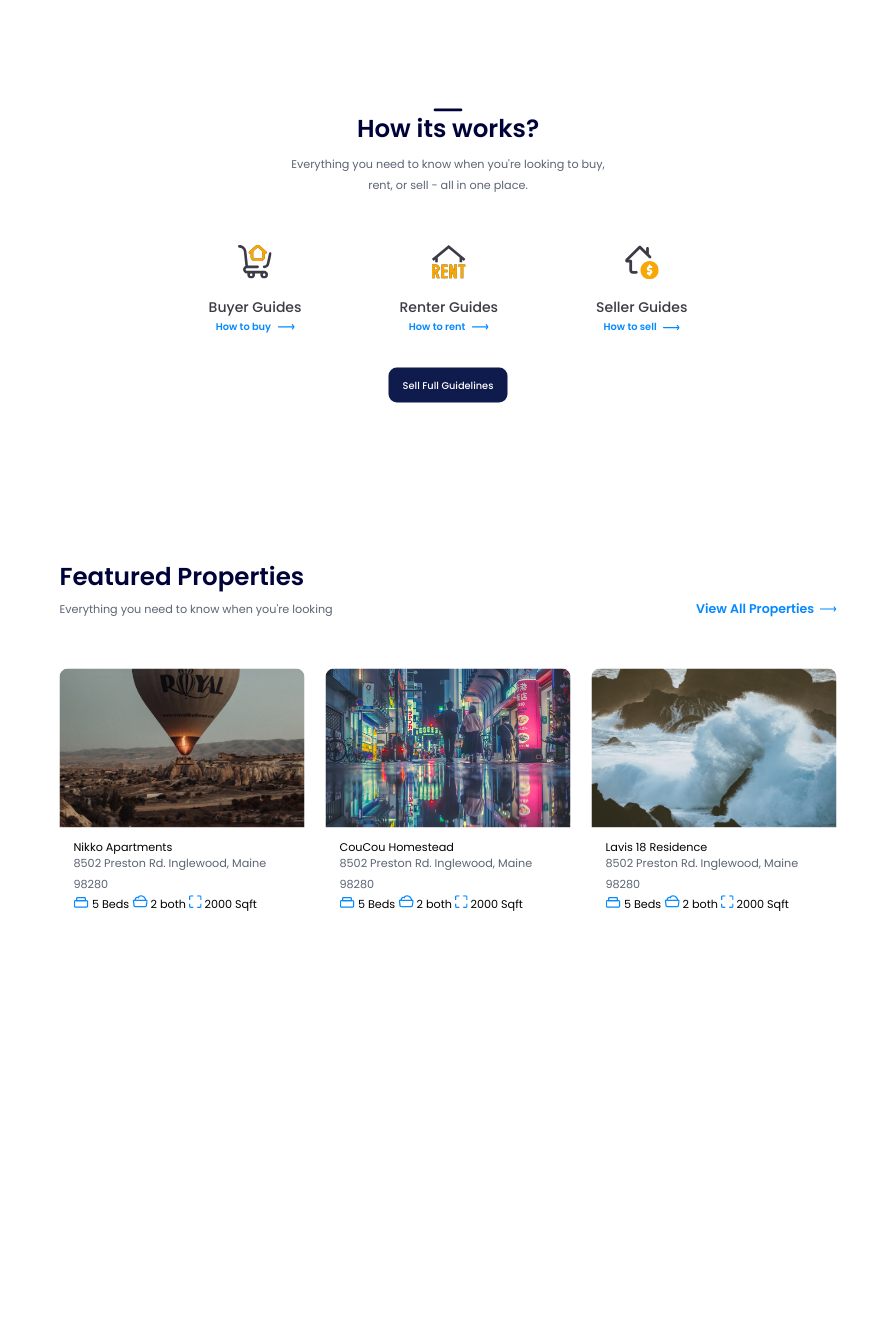
Repository: Tctiensk/f8-htmlcss-01
Page: index.html
An editor plug-in stored every save of this project. The page is shown before and after the next save, followed by the edit.
The browser window is 1280 px wide. The pictures show the part of the page from y = 1080 to 3000 px (the page is 3000 px tall), at 70% of full size.

Above is the page before, as saved 2022-12-04 11:32:35.

### index.html
<!DOCTYPE html>
<html lang="en">
    <head>
        <meta charset="UTF-8" />
        <meta http-equiv="X-UA-Compatible" content="IE=edge" />
        <meta name="viewport" content="width=device-width, initial-scale=1.0" />
        <title>F8 PROJECT 01</title>
        <link rel="stylesheet" href="./assets/css/reset.css" />
        <link rel="stylesheet" href="./assets/fonts/stylesheet.css" />
        <link rel="stylesheet" href="./assets/css/style.css" />
    </head>

    <body>
        <main style="height: 3000px">
            <!-- header -->
            <header class="header">
                <div class="content">
                    <nav class="navbar">
                        <!-- logo -->
                        <img src="./assets/img/Logo.svg" alt="Besnik." />
                        <!-- navigation -->
                        <ul>
                            <li><a href="#!">Home</a></li>
                            <li><a href="#!">Features</a></li>
                            <li><a href="#!">Services</a></li>
                            <li><a href="#!">Resources</a></li>
                            <li><a href="#!">Contact</a></li>
                        </ul>

                        <!-- action -->
                        <div class="action">
                            <a href="" class="action-link">Sign in </a>
                            <a href="" class="btn action-btn">Sign up </a>
                        </div>
                    </nav>

                    <div class="hero">
                        <div class="info">
                            <p class="sub-title">Welcome to Besnik Agency</p>
                            <h1 class="title">
                                Discover a place you'll love to live.
                            </h1>
                            <p class="desc">
                                Get the best real estate deals first, before
                                they hit the mass market! HOT FORECLOSURE DEALS
                                with one simple search.
                            </p>
                            <a href="#!" class="btn hero-cta">More About Us</a>
                        </div>
                        <img
                            src="./assets/img/house illustration.svg"
                            alt="Discover a place you'll love to live."
                            class="hero-img"
                        />
                    </div>
                </div>
            </header>
            <div class="clients">
                <div class="content">
                    <div class="row">
                        <!-- logo -->
                        <img src="./assets/img/Logo.svg" alt="Besnik." />

                        <!-- Stars -->
                        <div class="stars">
                            <img src="./assets/img/Vector.svg" alt="Star" />
                            <img src="./assets/img/Vector.svg" alt="Star" />
                            <img src="./assets/img/Vector.svg" alt="Star" />
                            <img src="./assets/img/Vector.svg" alt="Star" />
                            <img src="./assets/img/Vector.svg" alt="Star" />
                        </div>
                    </div>
                    <div class="row row-desc">
                        <p class="desc">
                            More than 45,000+ companies trust besnik
                        </p>
                        <p class="desc">5 Star Ratings (2k+ Review)</p>
                    </div>
                    <div class="images">
                        <img src="./assets/img/logo2.svg" alt="MeUndies" />
                        <img src="./assets/img/slack.svg" alt="slack" />
                        <img src="./assets/img/Union.svg" alt="amazon" />
                        <img src="./assets/img/commerce.svg" alt="commerce" />
                        <img src="./assets/img/sitepoint.svg" alt="sitepoint" />
                    </div>
                </div>
            </div>
            <!-- Guides -->
            <div class="guides">
                <div class="content">
                    <h2 class="sub-title">How its works?</h2>
                    <p class="desc">
                        Everything you need to know when you're looking to buy,
                        rent, or sell - all in one place.
                    </p>

                    <!-- === list guides ===== -->
                    <ul class="list-guides">
                        <li class="guide-item">
                            <img
                                src="./assets/img/bier.svg"
                                alt="buyer"
                                class="icon"
                            />
                            <h3 class="title">Buyer Guides</h3>
                            <a href="#!" class="link">
                                <span>How to buy</span>
                                <img
                                    src="./assets/img/arow.svg"
                                    alt="arrow right"
                                    class="arrow"
                                />
                            </a>
                        </li>
                        <li class="guide-item">
                            <img
                                src="./assets/img/render.svg"
                                alt="Renter Guides"
                                class="icon"
                            />
                            <h3 class="title">Renter Guides</h3>
                            <a href="#!" class="link">
                                <span>How to rent</span>
                                <img
                                    src="./assets/img/arow.svg"
                                    alt="arrow right"
                                    class="arrow"
                                />
                            </a>
                        </li>
                        <li class="guide-item">
                            <img
                                src="./assets/img/home.svg"
                                alt="Seller Guides"
                                class="icon"
                            />
                            <h3 class="title">Seller Guides</h3>
                            <a href="#!" class="link">
                                <span>How to sell</span>
                                <img
                                    src="./assets/img/arow.svg"
                                    alt="arrow right"
                                    class="arrow"
                                />
                            </a>
                        </li>
                    </ul>

                    <div class="guides-cta">
                        <a href="#!" class="btn">Sell Full Guidelines</a>
                    </div>
                </div>
            </div>

            <!-- ==== featured ===== -->
            <div class="featured">
                <div class="content">
                    <header>
                        <h2 class="sub-title">Featured Properties</h2>
                        <div class="row">
                            <p class="desc">
                                Everything you need to know when you're looking
                            </p>
                            <a href="#!" class="link">
                                <span>View All Properties</span>
                                <img
                                    src="./assets/img/arow.svg"
                                    alt="arrow right"
                                    class="arrow"
                                />
                            </a>
                        </div>
                    </header>

                    <div class="list">
                        <!-- ==== featured-1 ===== -->
                        <div class="item">
                            <img
                                src="./assets/img/mesut-cicen-fzzh7qhUOMI-unsplash.jpg"
                                alt="Nikko Apartments"
                                class="thumb"
                            />
                            <div class="body">
                                <h3 class="title">Nikko Apartments</h3>
                                <p class="desc">
                                    8502 Preston Rd. Inglewood, Maine 98280
                                </p>
                                <div class="info">
                                    <img
                                        src="./assets/img/icon-1.svg"
                                        alt=""
                                        class="icon"
                                    />
                                    <span class="lable">5 Beds</span>
                                    <img
                                        src="./assets/img/icon-2.svg"
                                        alt=""
                                        class="icon"
                                    />
                                    <span class="lable">2 both</span>
                                    <img
                                        src="./assets/img/icon-3.svg"
                                        alt=""
                                        class="icon"
                                    />
                                    <span class="lable">2000 Sqft</span>
                                </div>
                            </div>
                        </div>
                        <!-- ==== featured-2 ===== -->
                        <div class="item">
                            <img
                                src="./assets/img/size-2.jpg"
                                alt="CouCou Homestead"
                                class="thumb"
                            />
                            <div class="body">
                                <h3 class="title">CouCou Homestead</h3>
                                <p class="desc">
                                    8502 Preston Rd. Inglewood, Maine 98280
                                </p>
                                <div class="info">
                                    <img
                                        src="./assets/img/icon-1.svg"
                                        alt=""
                                        class="icon"
                                    />
                                    <span class="lable">5 Beds</span>
                                    <img
                                        src="./assets/img/icon-2.svg"
                                        alt=""
                                        class="icon"
                                    />
                                    <span class="lable">2 both</span>
                                    <img
                                        src="./assets/img/icon-3.svg"
                                        alt=""
                                        class="icon"
                                    />
                                    <span class="lable">2000 Sqft</span>
                                </div>
                            </div>
                        </div>
                        <!-- ==== featured-3 ===== -->
                        <div class="item">
                            <img
                                src="./assets/img/size-3.jpg"
                                alt="Lavis 18 Residence"
                                class="thumb"
                            />
                            <div class="body">
                                <h3 class="title">Lavis 18 Residence</h3>
                                <p class="desc">
                                    8502 Preston Rd. Inglewood, Maine 98280
                                </p>
                                <div class="info">
                                    <img
                                        src="./assets/img/icon-1.svg"
                                        alt=""
                                        class="icon"
                                    />
                                    <span class="lable">5 Beds</span>
                                    <img
                                        src="./assets/img/icon-2.svg"
                                        alt=""
                                        class="icon"
                                    />
                                    <span class="lable">2 both</span>
                                    <img
                                        src="./assets/img/icon-3.svg"
                                        alt=""
                                        class="icon"
                                    />
                                    <span class="lable">2000 Sqft</span>
                                </div>
                            </div>
                        </div>
                    </div>
                </div>
            </div>
        </main>
    </body>
</html>

### assets/fonts/stylesheet.css
@font-face {
    font-family: "Poppins";
    src: url("Poppins/Poppins-BoldItalic.woff2") format("woff2"),
        url("Poppins/Poppins-BoldItalic.woff") format("woff");
    font-weight: bold;
    font-style: italic;
    font-display: swap;
}

@font-face {
    font-family: "Poppins";
    src: url("Poppins/Poppins-ExtraBold.woff2") format("woff2"),
        url("Poppins/Poppins-ExtraBold.woff") format("woff");
    font-weight: bold;
    font-style: normal;
    font-display: swap;
}

@font-face {
    font-family: "Poppins";
    src: url("Poppins/Poppins-BlackItalic.woff2") format("woff2"),
        url("Poppins/Poppins-BlackItalic.woff") format("woff");
    font-weight: 900;
    font-style: italic;
    font-display: swap;
}

@font-face {
    font-family: "Poppins";
    src: url("Poppins/Poppins-ExtraBoldItalic.woff2") format("woff2"),
        url("Poppins/Poppins-ExtraBoldItalic.woff") format("woff");
    font-weight: bold;
    font-style: italic;
    font-display: swap;
}

@font-face {
    font-family: "Poppins";
    src: url("Poppins/Poppins-Bold.woff2") format("woff2"),
        url("Poppins/Poppins-Bold.woff") format("woff");
    font-weight: bold;
    font-style: normal;
    font-display: swap;
}

@font-face {
    font-family: "Poppins";
    src: url("Poppins/Poppins-Black.woff2") format("woff2"),
        url("Poppins/Poppins-Black.woff") format("woff");
    font-weight: 900;
    font-style: normal;
    font-display: swap;
}

@font-face {
    font-family: "Poppins";
    src: url("Poppins/Poppins-LightItalic.woff2") format("woff2"),
        url("Poppins/Poppins-LightItalic.woff") format("woff");
    font-weight: 300;
    font-style: italic;
    font-display: swap;
}

@font-face {
    font-family: "Poppins";
    src: url("Poppins/Poppins-Medium.woff2") format("woff2"),
        url("Poppins/Poppins-Medium.woff") format("woff");
    font-weight: 500;
    font-style: normal;
    font-display: swap;
}

@font-face {
    font-family: "Poppins";
    src: url("Poppins/Poppins-ExtraLightItalic.woff2") format("woff2"),
        url("Poppins/Poppins-ExtraLightItalic.woff") format("woff");
    font-weight: 200;
    font-style: italic;
    font-display: swap;
}

@font-face {
    font-family: "Poppins";
    src: url("Poppins/Poppins-Italic.woff2") format("woff2"),
        url("Poppins/Poppins-Italic.woff") format("woff");
    font-weight: normal;
    font-style: italic;
    font-display: swap;
}

@font-face {
    font-family: "Poppins";
    src: url("Poppins/Poppins-Light.woff2") format("woff2"),
        url("Poppins/Poppins-Light.woff") format("woff");
    font-weight: 300;
    font-style: normal;
    font-display: swap;
}

@font-face {
    font-family: "Poppins";
    src: url("Poppins/Poppins-ExtraLight.woff2") format("woff2"),
        url("Poppins/Poppins-ExtraLight.woff") format("woff");
    font-weight: 200;
    font-style: normal;
    font-display: swap;
}

@font-face {
    font-family: "Poppins";
    src: url("Poppins/Poppins-SemiBoldItalic.woff2") format("woff2"),
        url("Poppins/Poppins-SemiBoldItalic.woff") format("woff");
    font-weight: 600;
    font-style: italic;
    font-display: swap;
}

@font-face {
    font-family: "Poppins";
    src: url("Poppins/Poppins-Regular.woff2") format("woff2"),
        url("Poppins/Poppins-Regular.woff") format("woff");
    font-weight: normal;
    font-style: normal;
    font-display: swap;
}

@font-face {
    font-family: "Poppins";
    src: url("Poppins/Poppins-ThinItalic.woff2") format("woff2"),
        url("Poppins/Poppins-ThinItalic.woff") format("woff");
    font-weight: 100;
    font-style: italic;
    font-display: swap;
}
@font-face {
    font-family: "Poppins";
    src: url("Poppins/Poppins-MediumItalic.woff2") format("woff2"),
        url("Poppins/Poppins-MediumItalic.woff") format("woff");
    font-weight: 500;
    font-style: italic;
    font-display: swap;
}

@font-face {
    font-family: "Poppins";
    src: url("Poppins/Poppins-SemiBold.woff2") format("woff2"),
        url("Poppins/Poppins-SemiBold.woff") format("woff");
    font-weight: 600;
    font-style: normal;
    font-display: swap;
}

@font-face {
    font-family: "Poppins";
    src: url("Poppins/Poppins-Thin.woff2") format("woff2"),
        url("Poppins/Poppins-Thin.woff") format("woff");
    font-weight: 100;
    font-style: normal;
    font-display: swap;
}

### assets/css/style.css
* {
    box-sizing: border-box;
}

:root {
    --primary-color: #0f1b4c;
}
html {
    font-size: 62.5%;
}
body {
    font-size: 1.6rem;
    font-family: "Poppins", sans-serif;
}
/* common */
a {
    text-decoration: none;
}
.content {
    width: 1110px;
    max-width: calc(100% -48px);
    margin-left: auto;
    margin-right: auto;
}
/* ================= header ====================*/
.header {
    height: 100vh;
    background: #e6f0ff;
    position: relative;
}
.navbar {
    display: flex;
    align-items: center;
    padding-top: 38px;
}
.navbar ul {
    display: flex;
    margin-left: 50px;
}
.navbar .action {
    margin-left: auto;
}
.navbar ul a {
    font-weight: 500;
    font-size: 1.4rem;
    color: #4f5361;
    padding: 8px 1.4rem;
}
.navbar ul a:hover {
    text-decoration: underline;
}
.navbar .action-link {
    font-weight: 500;
    font-size: 1.4rem;
    line-height: 21px;
    color: var(--primary-color);
}
.btn {
    display: inline-block;
    min-width: 98px;
    padding: 18px 16px;
    background: var(--primary-color);
    border-radius: 12px;
    font-weight: 500;
    font-size: 1.4rem;
    text-align: center;
    color: #ffffff;
}
.btn:hover {
    opacity: 0.9;
}
.btn.hero-cta {
    min-width: 170px;
    margin-top: 40px;
}
.navbar .action-btn {
    padding: 13px 16px;
    margin-left: 18px;
    border-radius: 8px;
}
.hero {
    margin-top: 130px;
}
.hero .sub-title {
    font-weight: 500;
    font-size: 1.8rem;
    line-height: 1.5;
    letter-spacing: 0.01em;
    color: #687691;
}
.hero .title {
    margin-top: 8px;
    font-weight: 700;
    font-size: 6.2rem;
    line-height: 1.19;
    color: #000336;
}
.hero .info {
    width: 51%;
}
.hero .desc {
    margin-top: 30px;
    font-weight: 400;
    font-size: 18px;
    line-height: 1.78;
    color: #5a6473;
}
.hero-img {
    position: absolute;
    bottom: 0;
    right: 65px;
}
/* clients  */
.clients {
    margin-top: 122px;
}
.clients .row {
    display: flex;
    justify-content: space-between;
}
.clients .desc {
    font-weight: 500;
    font-size: 16px;
    line-height: 1.25;
    color: #7d8589;
}
.clients .row-desc {
    margin-top: 23px;
}
.clients .images {
    display: flex;
    justify-content: space-between;
    margin-top: 96px;
}
/* ================ guile ============= */
.guides {
    margin-top: 200px;
}
.guides .sub-title {
    position: relative;
    font-weight: 600;
    font-size: 3.5rem;
    line-height: 1;
    text-align: center;
    color: #000339;
}
.guides .sub-title::before {
    position: absolute;
    top: -10px;
    left: 50%;
    transform: translateX(-50%);
    content: "";
    display: inline-block;
    width: 41px;
    height: 4px;
    background: #000339;
    border-radius: 12px;
}
.guides .desc {
    width: 459px;
    max-width: 100%;
    margin: 20px auto 0;
    font-weight: 400;
    font-size: 1.6rem;
    line-height: 1.88;
    text-align: center;
    color: #5a6473;
}
.list-guides {
    display: flex;
    justify-content: center;
    margin-top: 70px;
}
.guide-item {
    margin: 0 70px;
    text-align: center;
}
.guide-item .title {
    margin-top: 26px;
    font-weight: 500;
    font-size: 2rem;
    line-height: 1.1;
    color: #3b3c45;
}
.guide-item .link {
    display: inline-block;
    margin-top: 10px;
    font-weight: 600;
    font-size: 1.4rem;
    color: #0689ff;
}
.guide-item .arrow {
    margin-left: 6px;
}
.guides-cta {
    margin-top: 50px;
    display: flex;
    justify-content: center;
}
.guides-cta .btn {
    min-width: 170px;
}
/* ================ featured ============= */
.featured {
    margin-top: 230px;
}
.featured .sub-title {
    font-weight: 600;
    font-size: 3.5rem;
    line-height: 1;

    color: #000339;
}
.featured .row {
    display: flex;
    justify-content: space-between;
    margin-top: 15px;
}
.featured .desc {
    font-weight: 400;
    font-size: 1.6rem;
    line-height: 1.88;
    color: #5a6473;
}
.featured .link {
    display: flex;
    align-items: center;
    font-weight: 600;
    font-size: 1.8rem;
    color: #0689ff;
}
.featured .link .arrow {
    margin-left: 8px;
}
.featured .list {
    display: flex;
    gap: 30px;
    margin-top: 70px;
}
.featured .item {
    flex: 1;
}
.featured .item .thumb {
    width: 100%;
    height: 227px;
    object-fit: cover;
    border-top-left-radius: 12px;
    border-top-right-radius: 12px;
}
.featured .item .body {
    margin: 17px 20px 24px;
}

Loaded but not shown: assets/css/reset.css (common file)

After the next save:
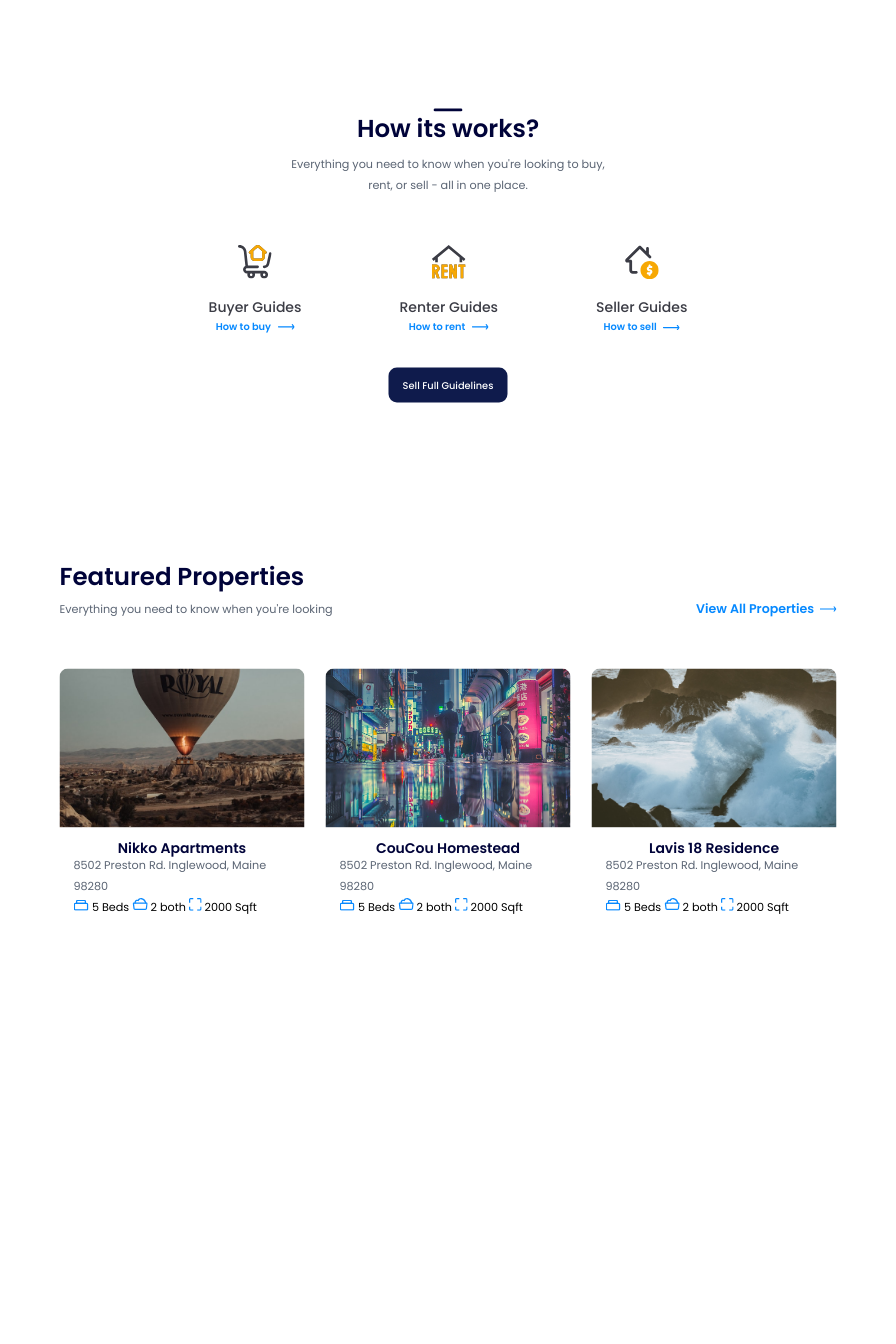
Saved 68 s later.
--- a/assets/css/style.css
+++ b/assets/css/style.css
@@ -250,3 +250,12 @@
 .featured .item .body {
     margin: 17px 20px 24px;
 }
+.featured .item .title {
+    font-weight: 600;
+    font-size: 20px;
+    line-height: 20px;
+
+    text-align: center;
+
+    color: #000339;
+}
